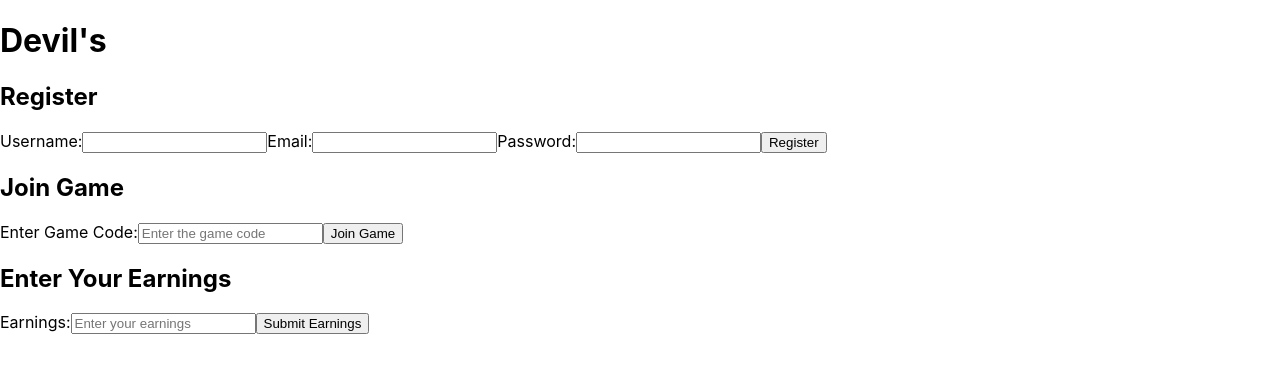
Repository: scripzy/poker-tracker
Page: / (app in poker-website/)
The author's editor kept a copy of each file at every save. The page is drawn from the files as they stood at one save, then again after the next save.
The browser window is 1280 px wide. The pictures show the whole page.
The project was rebuilt for these pictures with package versions that can differ from the ones it lists, and the page was loaded fresh each time.

Above is the page before, as saved 2025-02-24 12:56:28.

### poker-website/src/index.js
import React from 'react';
import ReactDOM from 'react-dom/client';
import './index.css';
import App from './App';
import reportWebVitals from './reportWebVitals';

// Create the root element for React 18
const root = ReactDOM.createRoot(document.getElementById('root'));

// Render the App component with React StrictMode for development
root.render(
  <React.StrictMode>
    <App />
  </React.StrictMode>
);

// Report web vitals (performance)
reportWebVitals();

### poker-website/src/App.js
import React from 'react';
import RegisterForm from './components/RegisterForm';
import CreateGameForm from './components/CreateGameForm';
import JoinGameForm from './components/JoinGameForm';
import EarningsForm from './components/EarningsForm';

function App() {
    return (
        <div className="App">
            <h1>Devil's </h1>
            {/* You can render components directly now */}
            <RegisterForm />
            <JoinGameForm />
            <EarningsForm />
        </div>
    );
}

export default App;

### poker-website/src/components/RegisterForm.js
import React, { useState } from 'react';

function RegisterForm() {
    const [username, setUsername] = useState('');
    const [email, setEmail] = useState('');
    const [password, setPassword] = useState('');

    const handleSubmit = (e) => {
        e.preventDefault();
        console.log('User registered:', { username, email, password });
    };

    return (
        <section id="register">
            <h2>Register</h2>
            <form onSubmit={handleSubmit}>
                <label htmlFor="username">Username:</label>
                <input
                    type="text"
                    id="username"
                    value={username}
                    onChange={(e) => setUsername(e.target.value)}
                    required
                />
                <label htmlFor="email">Email:</label>
                <input
                    type="email"
                    id="email"
                    value={email}
                    onChange={(e) => setEmail(e.target.value)}
                    required
                />
                <label htmlFor="password">Password:</label>
                <input
                    type="password"
                    id="password"
                    value={password}
                    onChange={(e) => setPassword(e.target.value)}
                    required
                />
                <button type="submit">Register</button>
            </form>
        </section>
    );
}

export default RegisterForm; // Default export

### poker-website/src/components/CreateGameForm.js
import React, { useState } from 'react';

function CreateGameForm() {
    // Component logic here...
}

export default CreateGameForm;  // Default export

### poker-website/src/components/JoinGameForm.js
import React, { useState } from 'react';

function JoinGameForm() {
    const [gameCode, setGameCode] = useState('');

    const handleSubmit = (e) => {
        e.preventDefault();
        console.log('Joining game with code:', gameCode);
        // Here, you can verify the game code with the backend and allow the player to join the game.
    };

    return (
        <section id="join-game">
            <h2>Join Game</h2>
            <form onSubmit={handleSubmit}>
                <label htmlFor="gameCode">Enter Game Code:</label>
                <input
                    type="text"
                    id="gameCode"
                    value={gameCode}
                    onChange={(e) => setGameCode(e.target.value)}
                    required
                    placeholder="Enter the game code"
                />
                <button type="submit">Join Game</button>
            </form>
        </section>
    );
}

export default JoinGameForm;

### poker-website/src/components/EarningsForm.js
import React, { useState } from 'react';

function EarningsForm() {
    const [earnings, setEarnings] = useState('');

    const handleSubmit = (e) => {
        e.preventDefault();
        console.log('Earnings submitted:', earnings);
        // You can send this earnings data to the backend here.
    };

    return (
        <section id="earnings">
            <h2>Enter Your Earnings</h2>
            <form onSubmit={handleSubmit}>
                <label htmlFor="earnings">Earnings:</label>
                <input
                    type="number"
                    id="earnings"
                    value={earnings}
                    onChange={(e) => setEarnings(e.target.value)}
                    required
                    placeholder="Enter your earnings"
                />
                <button type="submit">Submit Earnings</button>
            </form>
        </section>
    );
}

export default EarningsForm;

Loaded but not shown: poker-website/public/index.html (common file); poker-website/src/index.css (common file); poker-website/src/reportWebVitals.js (common file)

After the next save:
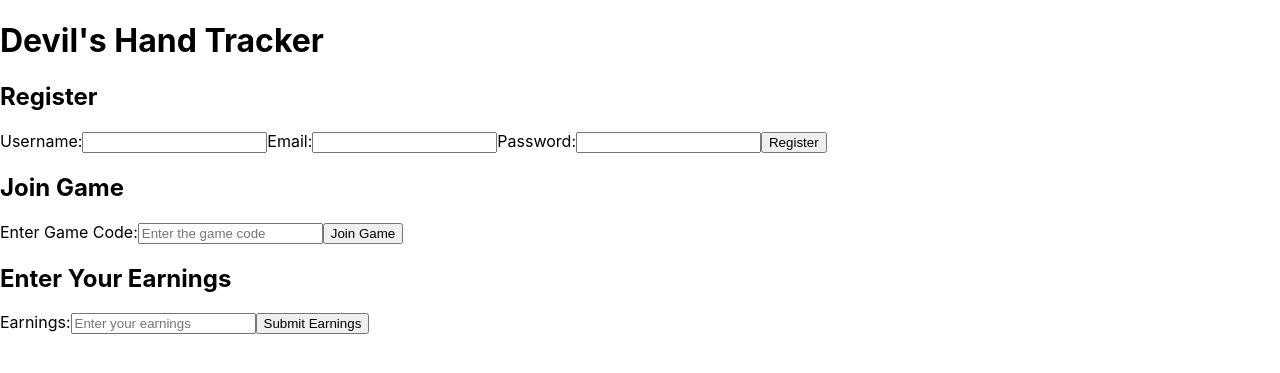
Saved 56 s later.
--- a/poker-website/src/App.js
+++ b/poker-website/src/App.js
@@ -7,7 +7,7 @@ import EarningsForm from './components/EarningsForm';
 function App() {
     return (
         <div className="App">
-            <h1>Devil's </h1>
+            <h1>Devil's Hand Tracker</h1>
             {/* You can render components directly now */}
             <RegisterForm />
             <JoinGameForm />
